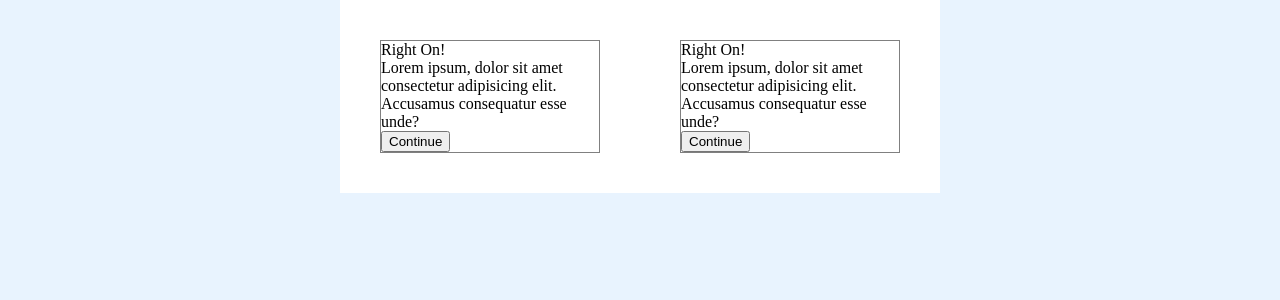
Repository: giahuy405/flash_message_BEM
Page: index.html
These files come from the project's save history. The page is drawn as it stood at one moment and after the next save; the edit follows.
The browser window is 1280 px wide. The pictures show the whole page.

Above is the page before, as saved 2022-09-06 02:27:10.

### index.html
<!DOCTYPE html>
<html lang="en">
<head>
    <meta charset="UTF-8">
    <meta http-equiv="X-UA-Compatible" content="IE=edge">
    <meta name="viewport" content="width=device-width, initial-scale=1.0">
    <title>Document</title>
    <link rel="stylesheet" href="css/index.css">
</head>
<body>
        <!--
        code về phần flash message và áp dụng BEM Block Element Modifier
        Ví dụ :
        Laptop là Block ( 1 khối lớn )

        Thì các Element ( thành phần ) sẽ là : keyboard, mouse, screen, touch-pad
        Block Element : Laptop__keyboard, Laptop__mouse....

        Modifer ( biến thể khác ) sẽ là : loại của chúng như to, nhỏ, hãng,...
        Block Modifier : Laptop--big, Laptop--small,
        Block Element Modifier : Laptop__keyboard--apple , Laptop__touch-pad--smooth,...
    -->
        <!-- Block: flash message
        Element: img, title, desc (description), button
        Modifier: primary, secondary

        Block 1 & block 2
        flash-message
        flash-message__img, flash-message__title, flash-message__desc, flash-message__button

        Block 1: flash-message__title--primary -->


        <div class="container">
            <div class="flash-message__padding">
                <div class="flash-message">
                    <div class="flash-message__img">

                    </div>
                    <div class="flash-message__title">
                        Right On!
                    </div>
                    <div class="flash-message__desc">
                        Lorem ipsum, dolor sit amet consectetur adipisicing elit. Accusamus consequatur esse unde?
                    </div>
                    <button class="flash-message__button">Continue</button>
                </div>
            </div>
            <div class="flash-message__padding">

                    <div class="flash-message">
                        <div class="flash-message__img">

                        </div>
                        <div class="flash-message__title">
                            Right On!
                        </div>
                        <div class="flash-message__desc">
                            Lorem ipsum, dolor sit amet consectetur adipisicing elit. Accusamus consequatur esse unde?
                        </div>
                        <button class="flash-message__button">Continue</button>
                    </div>

            </div>
             <div class="clear"></div>
        </div>

</body>
</html>

### css/index.css
*{
    box-sizing: border-box;
}
body{
    padding: 0;
    margin: 0;
    background-color: #e8f3fe;
}
.clear{
    clear: both;
}
.container{
    width: 600px;
    height: auto;
    margin: 0 auto;
}
 .flash-message__padding{
    float: left;
    width: 50%;
    background-color: white;
    padding: 40px;
}
.flash-message{
    border: 1px solid gray;
}

After the next save:
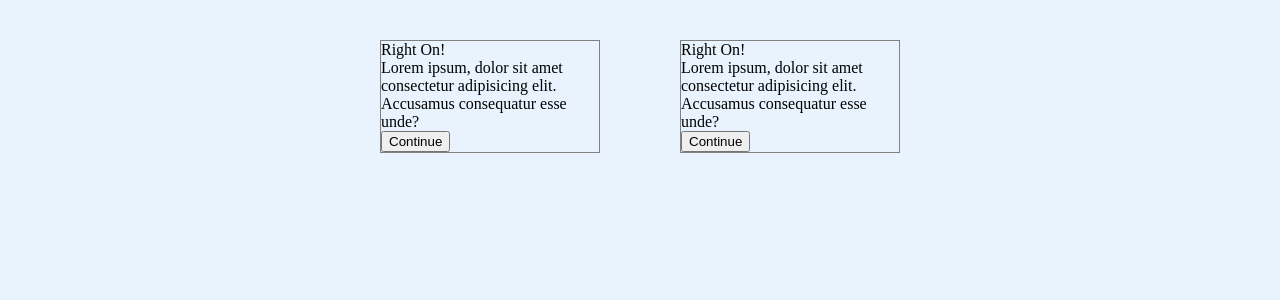
Saved 14 s later.
--- a/css/index.css
+++ b/css/index.css
@@ -17,7 +17,7 @@ body{
  .flash-message__padding{
     float: left;
     width: 50%;
-    background-color: white;
+
     padding: 40px;
 }
 .flash-message{
